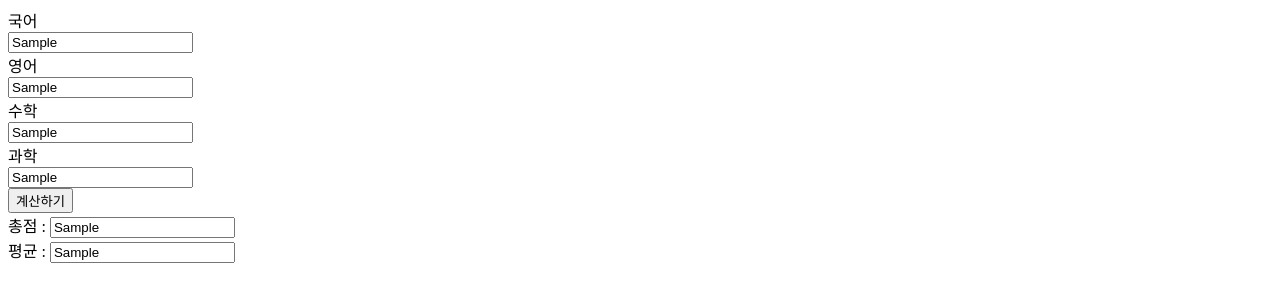
Repository: astute22/web-p
Page: simple-script/WebContent/day4/sample7.html
The author's editor kept a copy of each file at every save. The page is drawn from the files as they stood at one save, then again after the next save.
The browser window is 1280 px wide. The pictures show the whole page.
Empty fields were first filled with sample values (such as "Sample", 5 or name@example.com).
After loading, the first visible `#btn` was clicked once.

Above is the page before, as saved 2017-08-28 05:31:06.
Console error: TypeError: scoreBox.getElementByTagName is not a function

After the next save:
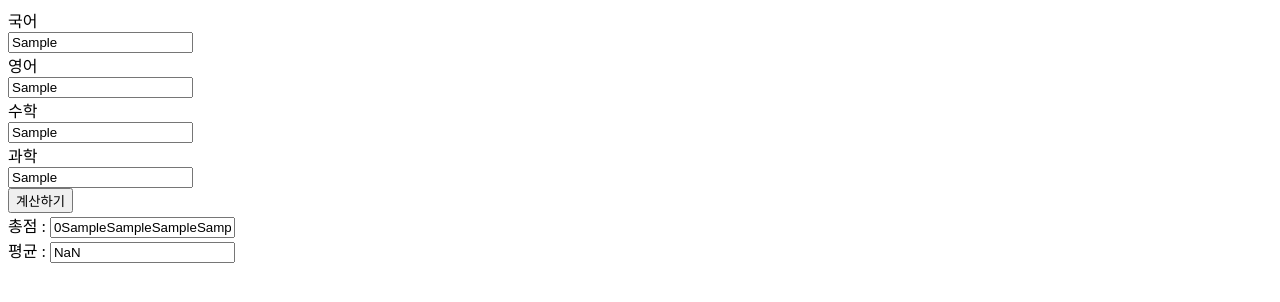
The error is gone.
Saved 74 s later.
--- a/simple-script/WebContent/day4/sample7.html
+++ b/simple-script/WebContent/day4/sample7.html
@@ -28,7 +28,7 @@
 <script type="text/javascript">
 	document.getElementById("btn").addEventListener('click',function(){
 		var scoreBox = document.getElementById("score-box");
-		var fields = scoreBox.getElementByTagName("input");
+		var fields = scoreBox.getElementsByTagName("input");
 		var totalScore = 0;
 		var res1 = 0;
 		for(var i=0;i<fields.length; i++){
